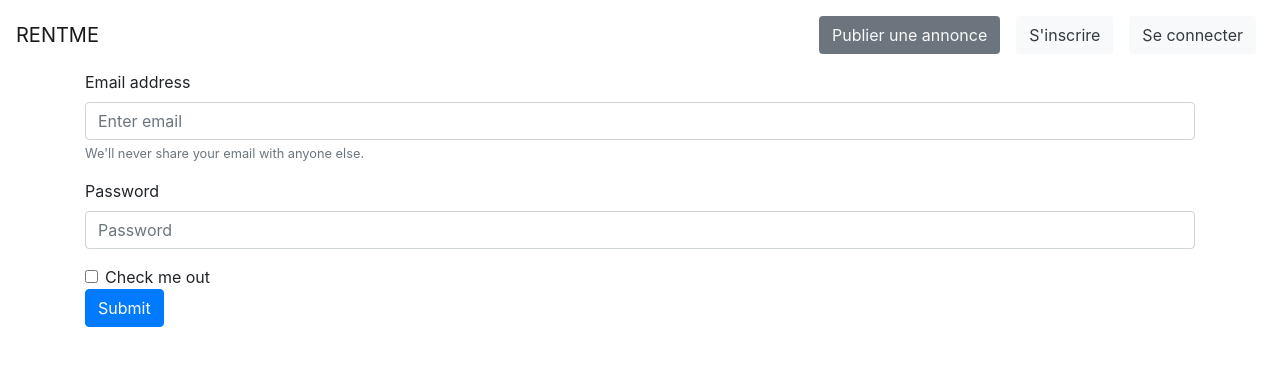
Repository: johan1412/rentme-front
Page: /login
These files come from the project's save history. The page is drawn as it stood at one moment and after the next save; the edit follows.
The browser window is 1280 px wide. The pictures show the whole page.
The project was rebuilt for these pictures with package versions that can differ from the ones it lists, and the page was loaded fresh each time. Also part of the build but not shown: vue.config.js, src/components/auth/Register.vue, src/components/Home.vue.

Above is the page before, as saved 2021-12-14 19:22:11.

### src/main.js
import Vue from "vue";
import App from "./App.vue";
import VueRouter from 'vue-router'
import Login from './components/auth/Login.vue'
import Register from './components/auth/Register.vue'

import HomePage from './components/Home.vue'
import { BootstrapVue, IconsPlugin } from 'bootstrap-vue'

// Import Bootstrap an BootstrapVue CSS files (order is important)
import 'bootstrap/dist/css/bootstrap.css'
import 'bootstrap-vue/dist/bootstrap-vue.css'

// Make BootstrapVue available throughout your project
Vue.use(BootstrapVue)
// Optionally install the BootstrapVue icon components plugin
Vue.use(IconsPlugin)

Vue.config.productionTip = false;

Vue.use(VueRouter)


const routes = [
  { path: '/', component: HomePage },
  { path: '/login', component: Login },
  { path: '/register', component: Register },
]

const router = new VueRouter({
  routes,
  history : true,
  mode : 'history'
})


new Vue({
  render: (h) => h(App),
  router
}).$mount("#app");

### src/App.vue
<template>
  <router-view />
</template>
<script>
export default {
  name: "App"
};
</script>

<style>

</style>

### src/components/auth/Login.vue
<template>
<div>
<nav-bar />
<div class="container m-auto">
  <form>
      <div class="form-group">
        <label for="exampleInputEmail1">Email address</label>
        <input type="email" class="form-control" id="exampleInputEmail1" aria-describedby="emailHelp" placeholder="Enter email">
        <small id="emailHelp" class="form-text text-muted">We'll never share your email with anyone else.</small>
      </div>
      <div class="form-group">
        <label for="exampleInputPassword1">Password</label>
        <input type="password" class="form-control" id="exampleInputPassword1" placeholder="Password">
      </div>
      <div class="form-check">
        <input type="checkbox" class="form-check-input" id="exampleCheck1">
        <label class="form-check-label" for="exampleCheck1">Check me out</label>
      </div>
      <button type="submit" class="btn btn-primary">Submit</button>
  </form>
</div>
  </div>
</template>

<script>
import NavBar from '../layouts/NavBar.vue';
export default {
  name: "Login",
  components: {
    NavBar,
  },

};
</script>

### src/components/layouts/NavBar.vue
<template>
<div>
  <b-navbar toggleable="lg" type="light" variant="white">
    <b-navbar-brand class="fw-bold">RENTME</b-navbar-brand>
    <b-collapse id="nav-collapse" is-nav>
      <b-navbar-nav class="ml-auto">
        <b-nav-item><router-link class="btn bg-secondary text-light" to="login">Publier une annonce</router-link></b-nav-item>
        <b-nav-item><router-link class="btn bg-light text-dark" to="register">S'inscrire</router-link></b-nav-item>
        <b-nav-item><router-link class="btn bg-light text-dark" to="login">Se connecter</router-link></b-nav-item>
      </b-navbar-nav>
    </b-collapse>
  </b-navbar>
</div>
</template>
<script>

export default {
  name: "NavBar"
};
</script>

Loaded but not shown: public/index.html (common file)

After the next save:
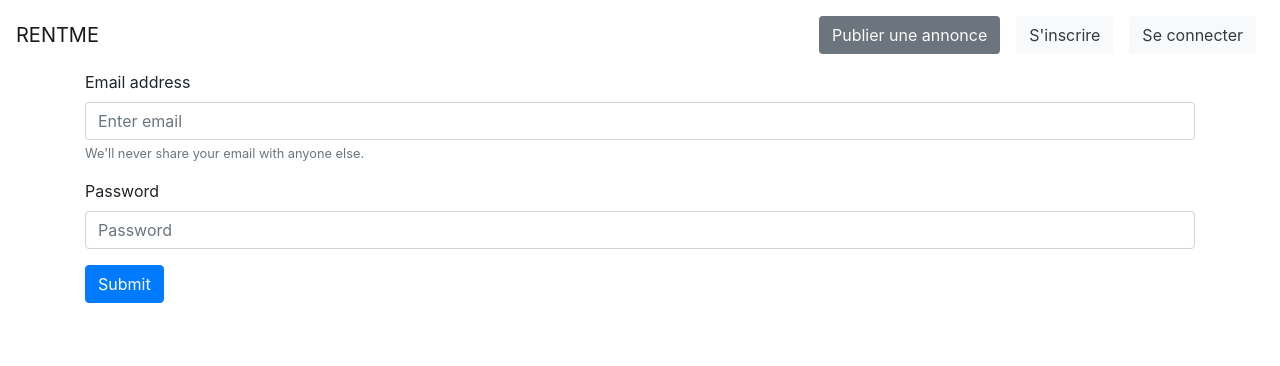
Saved 5 min 32 s later.
--- a/src/components/auth/Login.vue
+++ b/src/components/auth/Login.vue
@@ -11,10 +11,6 @@
       <div class="form-group">
         <label for="exampleInputPassword1">Password</label>
         <input type="password" class="form-control" id="exampleInputPassword1" placeholder="Password">
-      </div>
-      <div class="form-check">
-        <input type="checkbox" class="form-check-input" id="exampleCheck1">
-        <label class="form-check-label" for="exampleCheck1">Check me out</label>
       </div>
       <button type="submit" class="btn btn-primary">Submit</button>
   </form>
